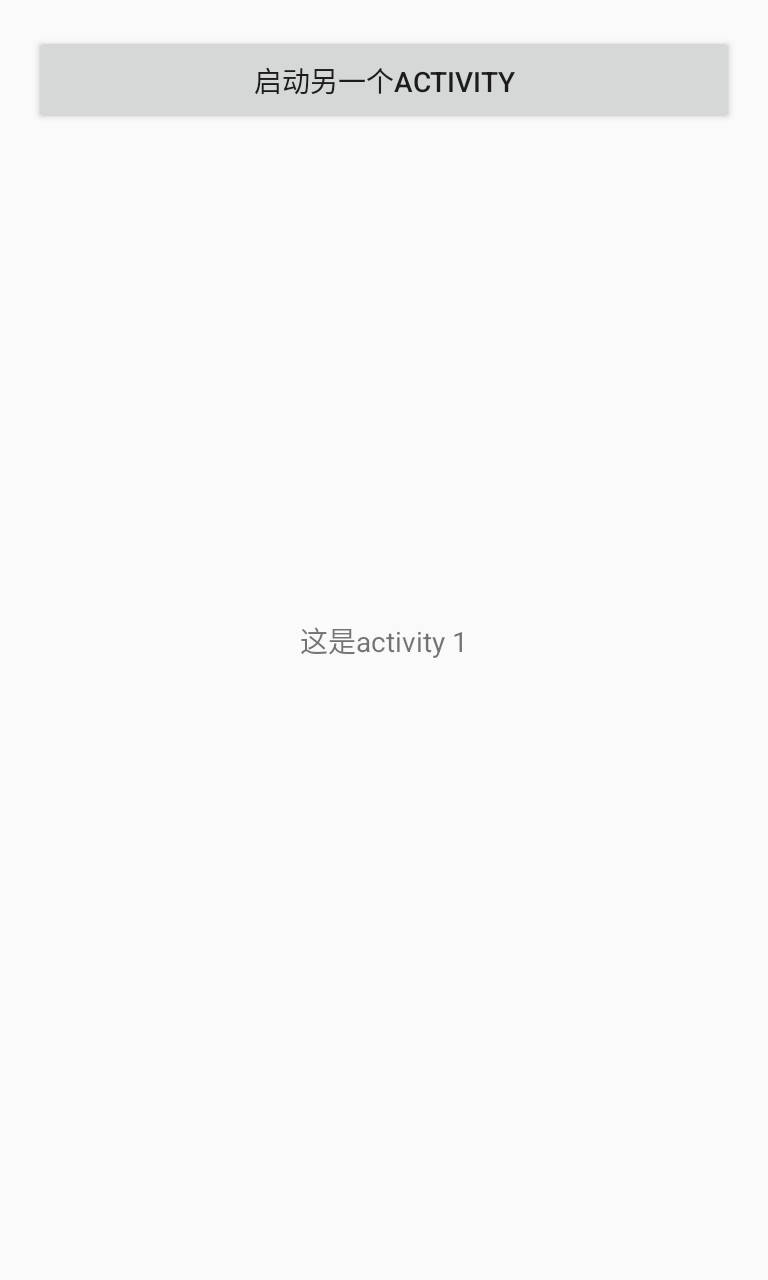
Repository: D-D-ZS/Android
Layout: ActivityTest/res/layout/activity_main.xml
These files come from the project's save history. The layout is drawn as it stood at one moment and after the next save; the edit follows.
It is drawn on a 768 x 1280 px phone screen (xhdpi) without system bars, with theme AppTheme; the app's code is not run.

Above is the layout before, as saved 2016-01-18 08:56:19.

After the next save:
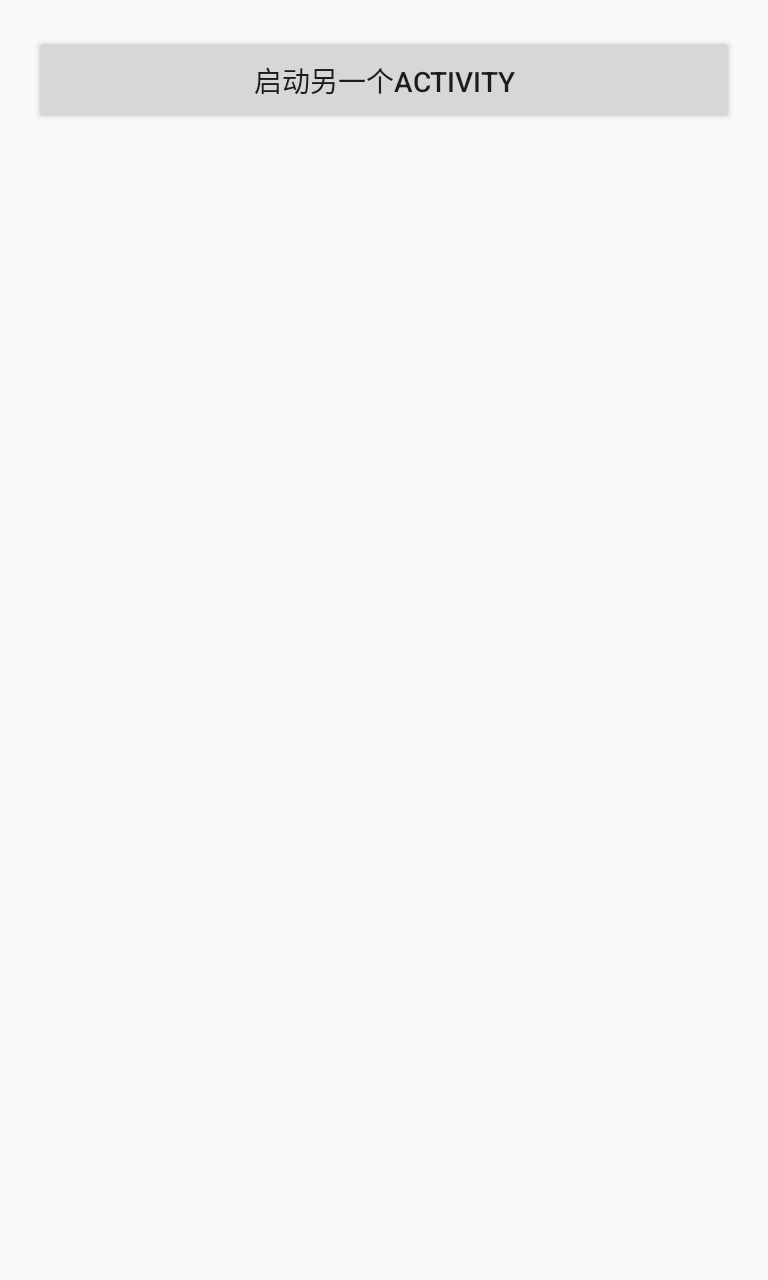
Saved 38 s later.
--- a/ActivityTest/res/layout/activity_main.xml
+++ b/ActivityTest/res/layout/activity_main.xml
@@ -8,13 +8,6 @@
     android:paddingTop="@dimen/activity_vertical_margin"
     tools:context="com.zdd.activitytest.MainActivity" >
 
-    <TextView
-        android:layout_width="wrap_content"
-        android:layout_height="wrap_content"
-        android:layout_centerHorizontal="true"
-        android:layout_centerVertical="true"
-        android:text="@string/activity_1" />
-
 	  <Button
         android:layout_width="fill_parent"
         android:layout_height="wrap_content"
